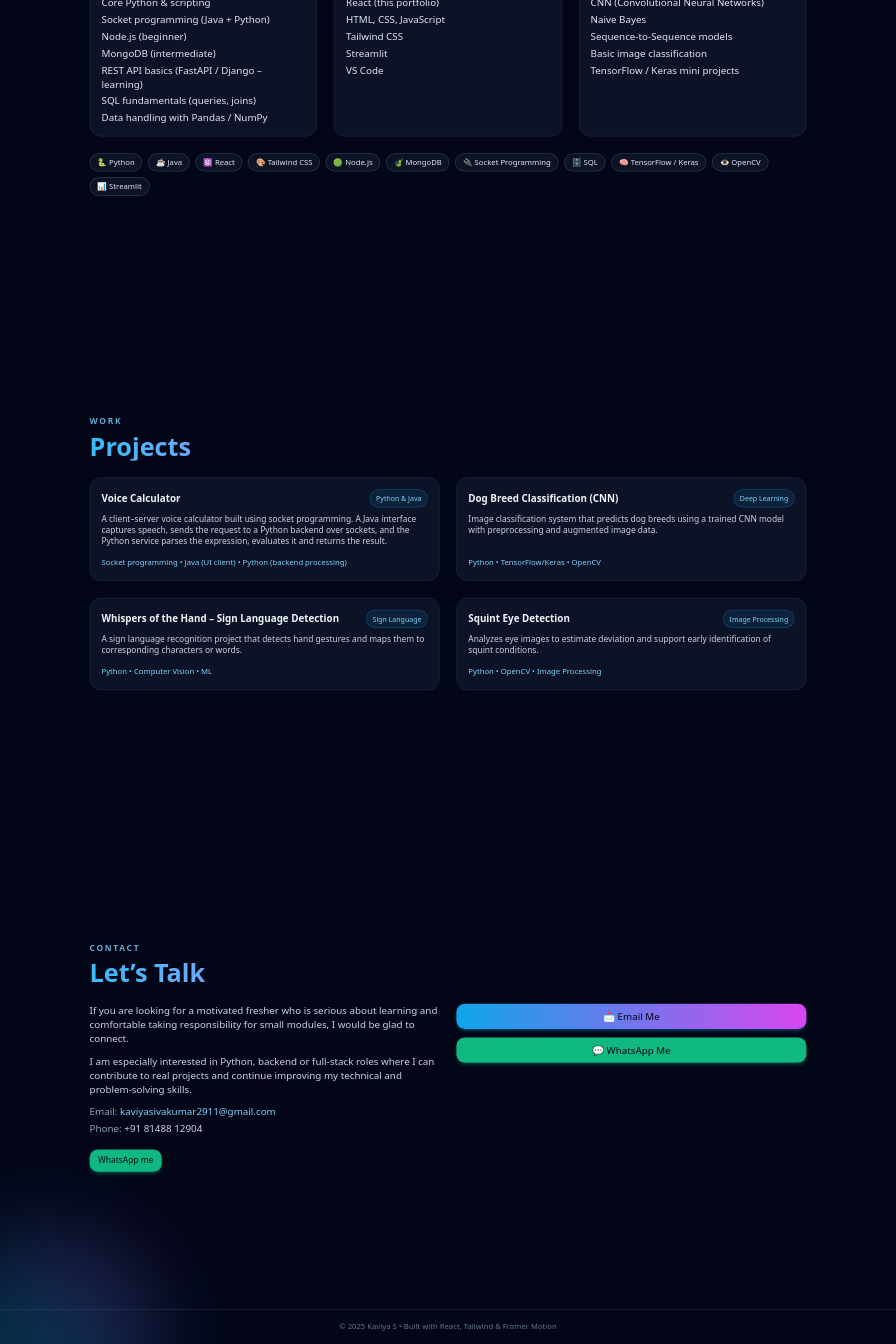
Repository: Kavya-29/Kaviya--portfolio
Page: /
An editor plug-in stored every save of this project. The page is shown before and after the next save, followed by the edit.
The browser window is 1280 px wide. The pictures show the part of the page from y = 1730 to 3650 px (the page is 3650 px tall), at 70% of full size.
The project was rebuilt for these pictures with package versions that can differ from the ones it lists, and the page was loaded fresh each time. Also part of the build but not shown: vite.config.js.

Above is the page before, as saved 2025-12-03 00:09:13.

After the next save:
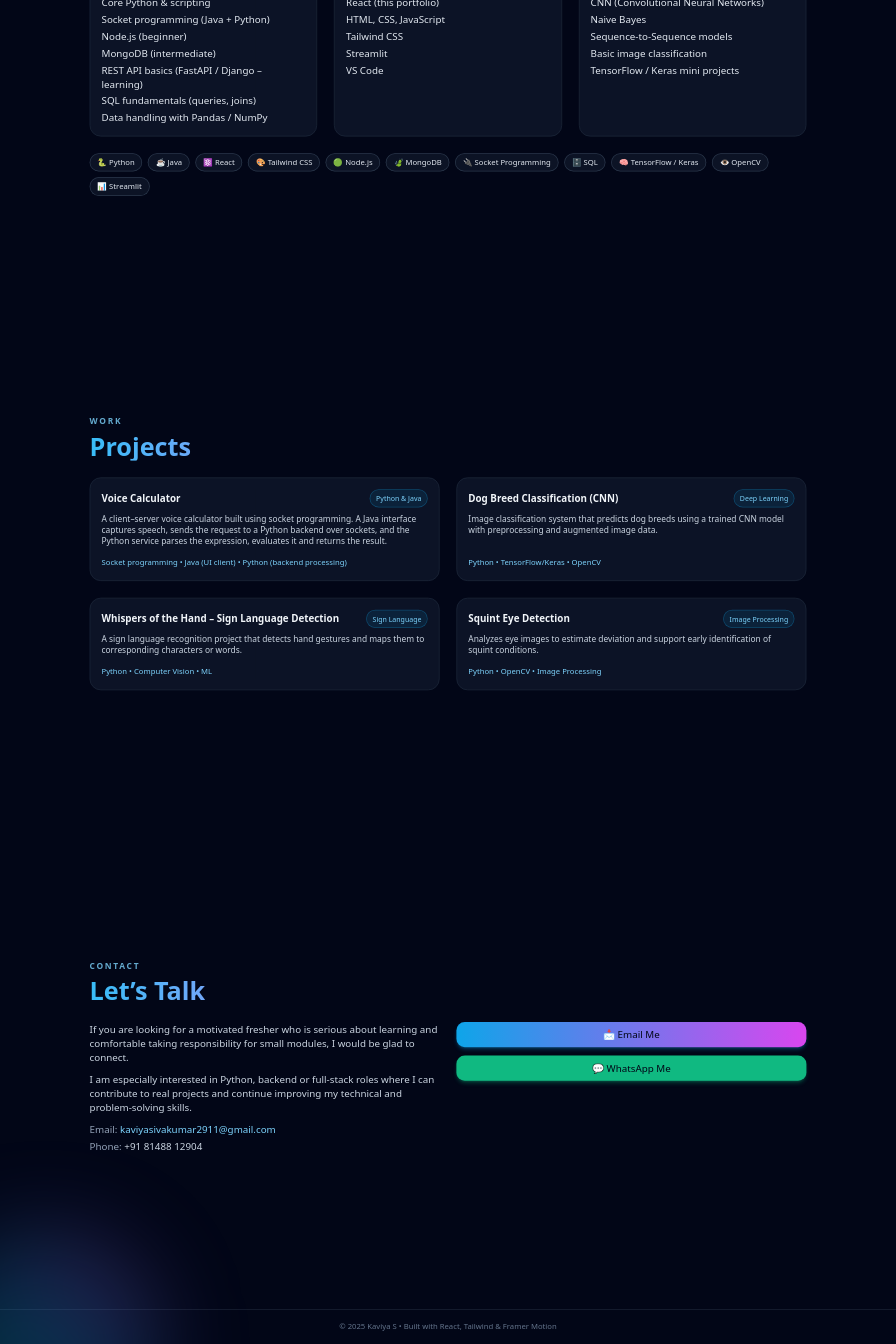
Saved 99 s later.
--- a/src/App.jsx
+++ b/src/App.jsx
@@ -586,15 +586,7 @@ function App() {
                 <span className="text-slate-400">Phone:</span> +91 81488 12904
               </p>
             </div>
-            <div className="flex flex-wrap gap-2 pt-2">
-              <button
-                type="button"
-                onClick={handleWhatsApp}
-                className="px-3 py-2 rounded-xl bg-emerald-500 hover:bg-emerald-400 text-xs font-medium text-slate-950 shadow-md shadow-emerald-500/30"
-              >
-                WhatsApp me
-              </button>
-            </div>
+
           </div>
 
           <div className="space-y-3 flex flex-col">
